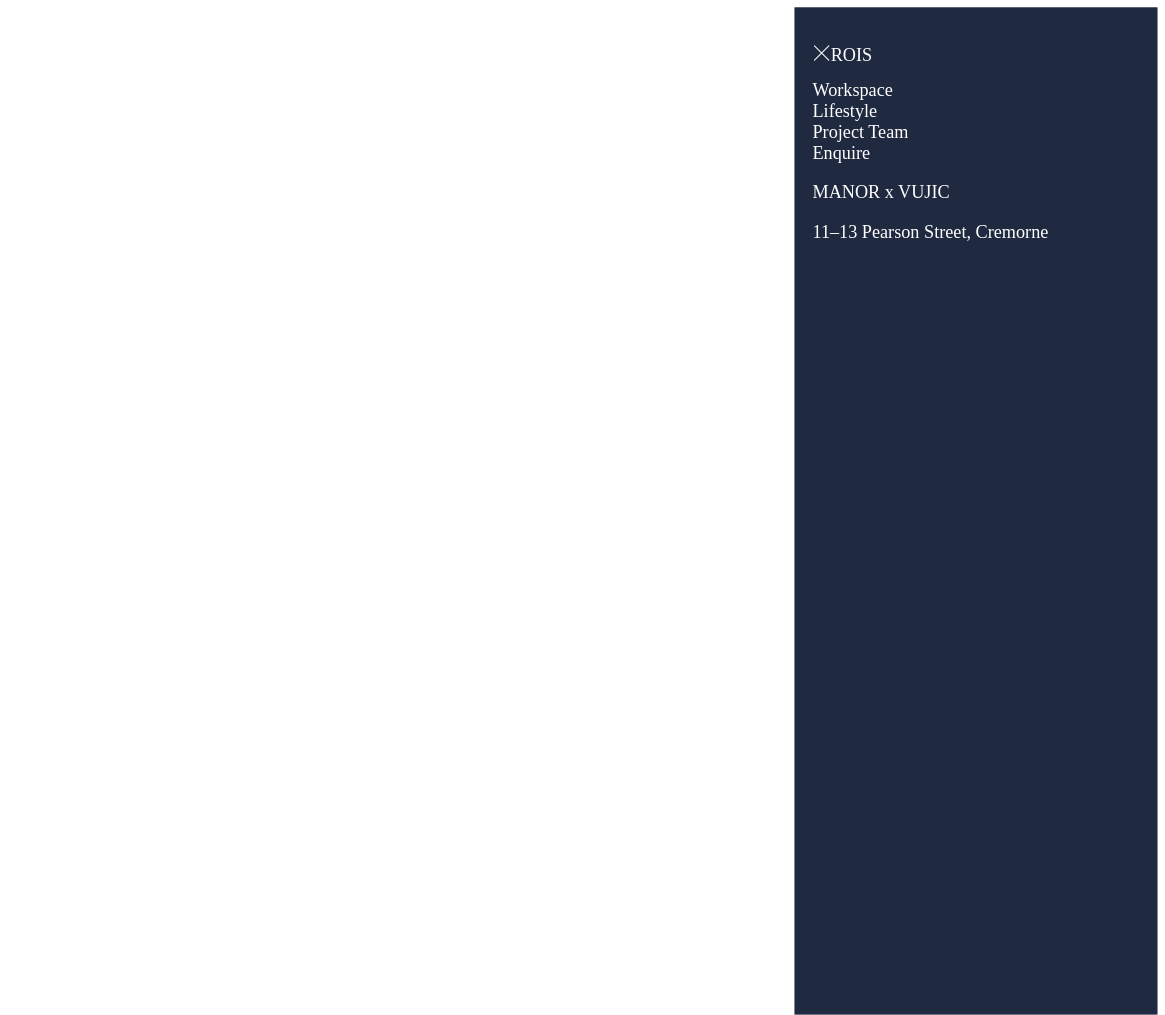
Repository: ThanhMai6507/Rois-Landing-Page
Page: index.html
These files come from the project's save history. The page is drawn as it stood at one moment and after a run of saves; the edit follows.
The browser window is 1280 px wide. The pictures show the whole page, at 91% of full size.

Above is the page before, as saved 2022-10-31 11:01:43.

### index.html
<!DOCTYPE html>
<html lang="en">
<head>
    <meta charset="UTF-8">
    <meta http-equiv="X-UA-Compatible" content="IE=edge">
    <meta name="viewport" content="width=device-width, initial-scale=1.0">
    <link rel="stylesheet" href="./style.css">
    <link rel="stylesheet" href="css/themify-icons.css">
    <title>Document</title>
</head>
<body>
    <div class="main">
        <div class="first_page">
            <div class="menu">
                <p class="title ti-close">ROIS</p>
                <div class="menu-list">
                    <a href="" class="menu-item">Workspace</a><br>
                    <a href="" class="menu-item">Lifestyle</a><br>
                    <a href="" class="menu-item">Project Team</a><br>
                    <a href="" class="menu-item">Enquire</a><br>
                </div>
                <footer class="menu-footer">
                    <p>MANOR x VUJIC</p>
                    <a href="">11–13 Pearson Street, Cremorne</a>
                </footer>
            </div>
        </div>
    </div>
</body>
</html>

### style.css
.first_page {
    width: 100%;
    height: 1087px;
    background-color: #fff;
    position: relative;
    display: flex;
    justify-content: end;
    font-family: 'Times New Roman', Times, serif;
    font-size: 20px;
}

.menu {
    position: absolute;
    width: 30%;
    height: 1087px;
    background-color: #1F2940;
    color: #FEFEFE;
    padding-left: 20px;
    padding-top: 20px;
}

a {
    text-decoration: none;
    color: #fff;
    margin-bottom: 5px;
}

footer {
    margin-bottom: 30px;
}

Loaded but not shown: asset/themify-icons/themify-icons.css (common file)

After the next 4 saves:
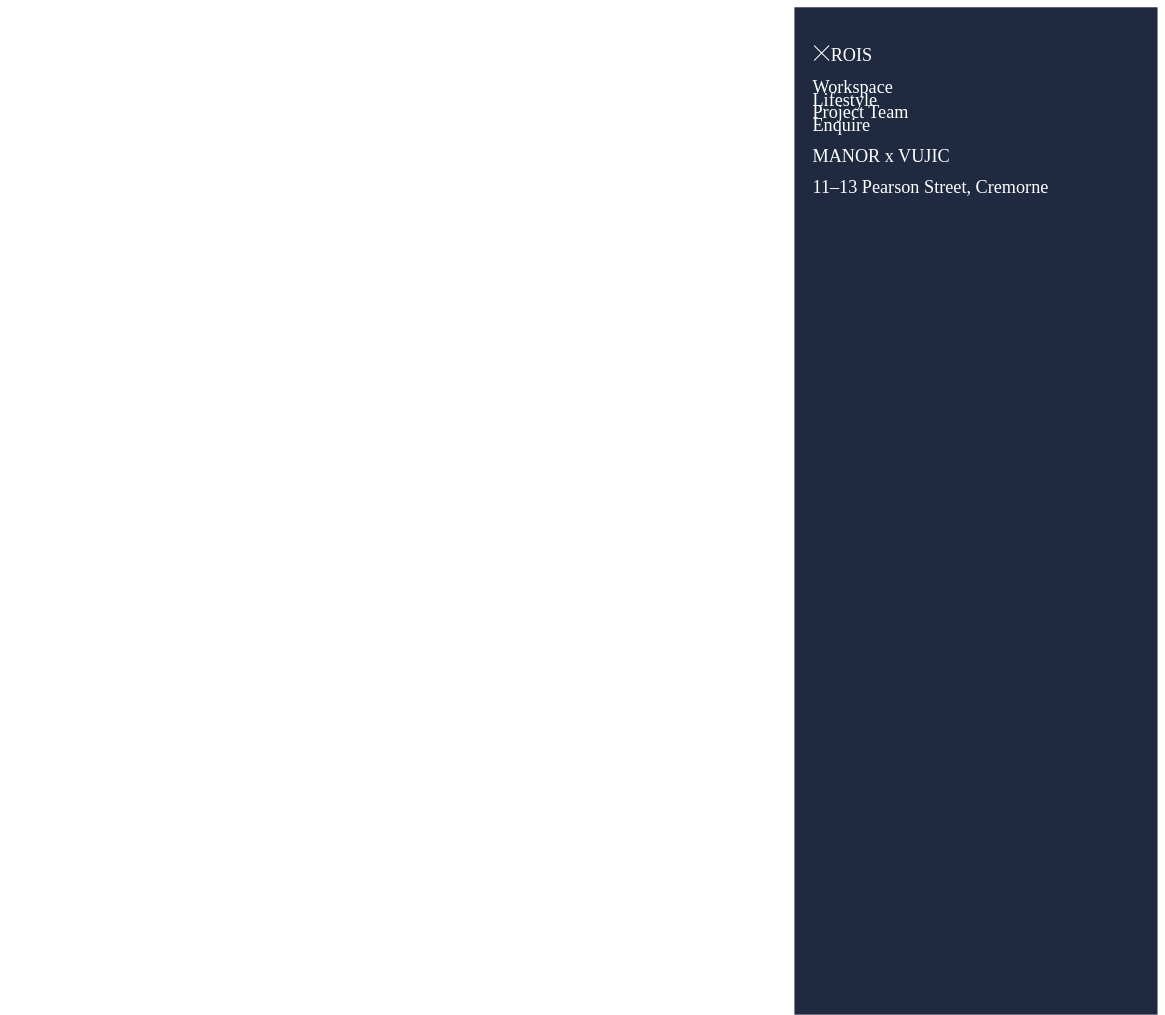
The 4 saves are shown as one change because they came seconds apart.
The last was saved 4 min 13 s later.
--- a/style.css
+++ b/style.css
@@ -17,6 +17,7 @@
     color: #FEFEFE;
     padding-left: 20px;
     padding-top: 20px;
+    line-height: 0.7;
 }
 
 a {
